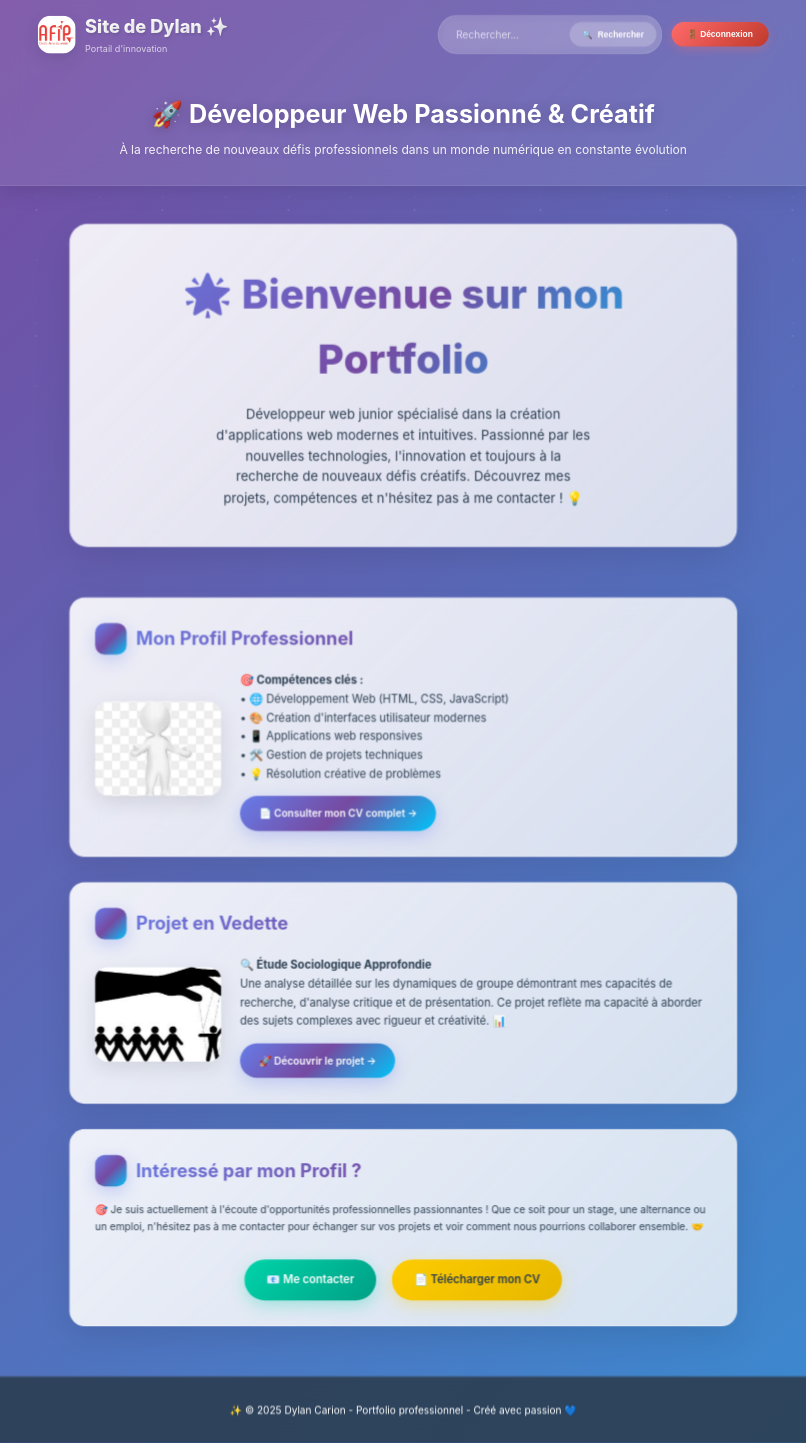
Repository: gato2fraises/Portfolio
Page: Page.html
These files come from the project's save history. The page is drawn as it stood at one moment and after the next save; the edit follows.
The browser window is 1280 px wide. The pictures show the whole page, at 63% of full size.

Above is the page before, as saved 2025-09-10 14:07:28.

After the next save:
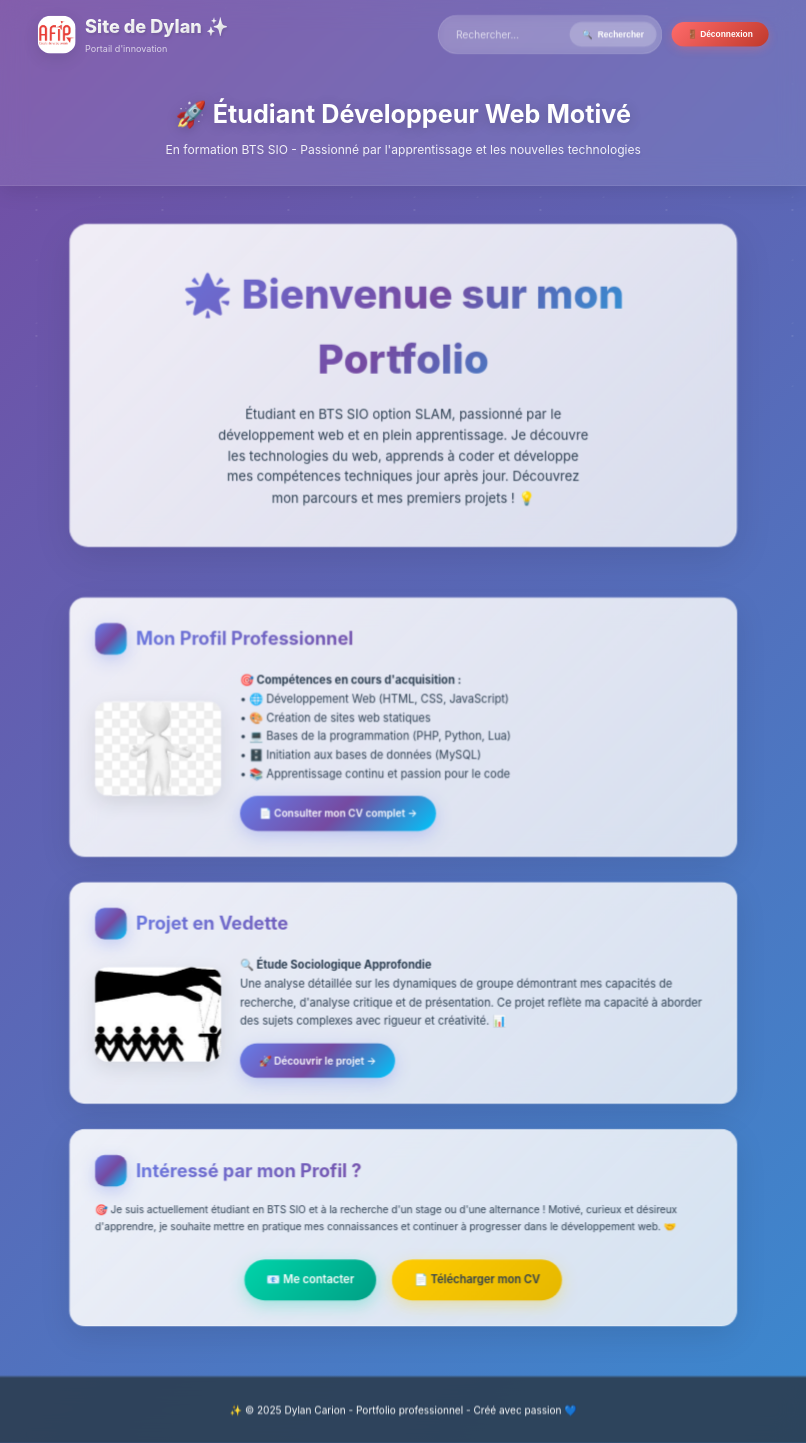
Saved 95 s later.
--- a/Page.html
+++ b/Page.html
@@ -582,8 +582,8 @@
         </div>
 
         <div class="slogan">
-            <h2>🚀 Développeur Web Passionné & Créatif</h2>
-            <p>À la recherche de nouveaux défis professionnels dans un monde numérique en constante évolution</p>
+            <h2>🚀 Étudiant Développeur Web Motivé</h2>
+            <p>En formation BTS SIO - Passionné par l'apprentissage et les nouvelles technologies</p>
         </div>
     </header>
 
@@ -591,9 +591,9 @@
         <section class="intro-section">
             <h1>🌟 Bienvenue sur mon Portfolio</h1>
             <p>
-                Développeur web junior spécialisé dans la création d'applications web modernes et intuitives.
-                Passionné par les nouvelles technologies, l'innovation et toujours à la recherche de nouveaux défis créatifs.
-                Découvrez mes projets, compétences et n'hésitez pas à me contacter ! 💡
+                Étudiant en BTS SIO option SLAM, passionné par le développement web et en plein apprentissage.
+                Je découvre les technologies du web, apprends à coder et développe mes compétences techniques
+                jour après jour. Découvrez mon parcours et mes premiers projets ! 💡
             </p>
         </section>
 
@@ -608,12 +608,12 @@
                 </a>
                 <div class="cv-description">
                     <p>
-                        <strong>🎯 Compétences clés :</strong><br>
+                        <strong>🎯 Compétences en cours d'acquisition :</strong><br>
                         • 🌐 Développement Web (HTML, CSS, JavaScript)<br>
-                        • 🎨 Création d'interfaces utilisateur modernes<br>
-                        • 📱 Applications web responsives<br>
-                        • 🛠️ Gestion de projets techniques<br>
-                        • 💡 Résolution créative de problèmes
+                        • 🎨 Création de sites web statiques<br>
+                        • 💻 Bases de la programmation (PHP, Python, Lua)<br>
+                        • 🗄️ Initiation aux bases de données (MySQL)<br>
+                        • 📚 Apprentissage continu et passion pour le code
                     </p>
                     <a href="cv.html" class="cta-button">
                         📄 Consulter mon CV complet →
@@ -651,9 +651,9 @@
                 Intéressé par mon Profil ?
             </h2>
             <p>
-                🎯 Je suis actuellement à l'écoute d'opportunités professionnelles passionnantes !
-                Que ce soit pour un stage, une alternance ou un emploi, n'hésitez pas à me contacter
-                pour échanger sur vos projets et voir comment nous pourrions collaborer ensemble. 🤝
+                🎯 Je suis actuellement étudiant en BTS SIO et à la recherche d'un stage ou d'une alternance !
+                Motivé, curieux et désireux d'apprendre, je souhaite mettre en pratique mes connaissances
+                et continuer à progresser dans le développement web. 🤝
             </p>
             <div class="contact-buttons">
                 <a href="mailto:dcarion070@gmail.com" class="contact-btn">
